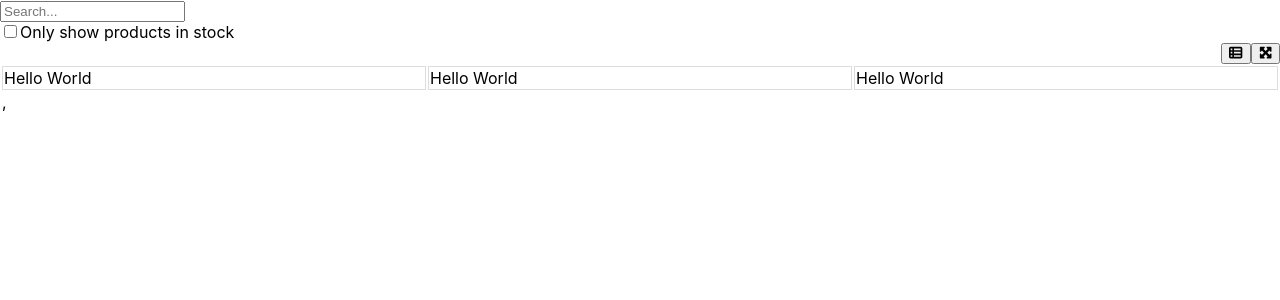
Repository: mariocapitbrok/reactjs-learn
Page: / (app in 05_filtered-data-table/)
These files come from the project's save history. The page is drawn as it stood at one moment and after the next save; the edit follows.
The browser window is 1280 px wide. The pictures show the whole page.
The project was rebuilt for these pictures with package versions that can differ from the ones it lists, and the page was loaded fresh each time. Also part of the build but not shown: 05_filtered-data-table/src/components/Table/Caption.jsx, 05_filtered-data-table/src/components/Table/THead.jsx, 05_filtered-data-table/src/components/Table/TBody.jsx, 05_filtered-data-table/src/components/Table/TFoot.jsx, 05_filtered-data-table/src/components/Table/Tr.jsx, 05_filtered-data-table/src/components/Table/Th.jsx.

Above is the page before, as saved 2023-02-28 12:39:58.

After the next save:
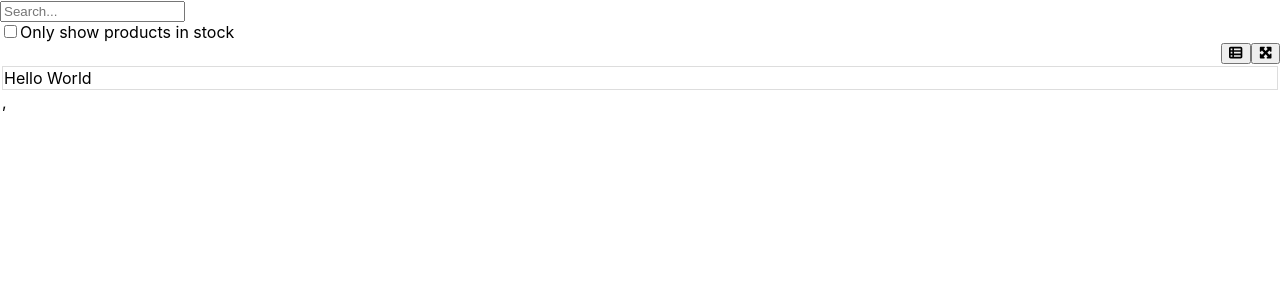
Saved 12 s later.
--- a/05_filtered-data-table/src/data/tableData.js
+++ b/05_filtered-data-table/src/data/tableData.js
@@ -38,8 +38,6 @@ const tableData = [
     <tbody key="1">
       <tr key="22">
         <Td key="111">Hello World</Td>
-        <Td key="222">Hello World</Td>
-        <Td key="333">Hello World</Td>
       </tr>
     </tbody>
     ,
